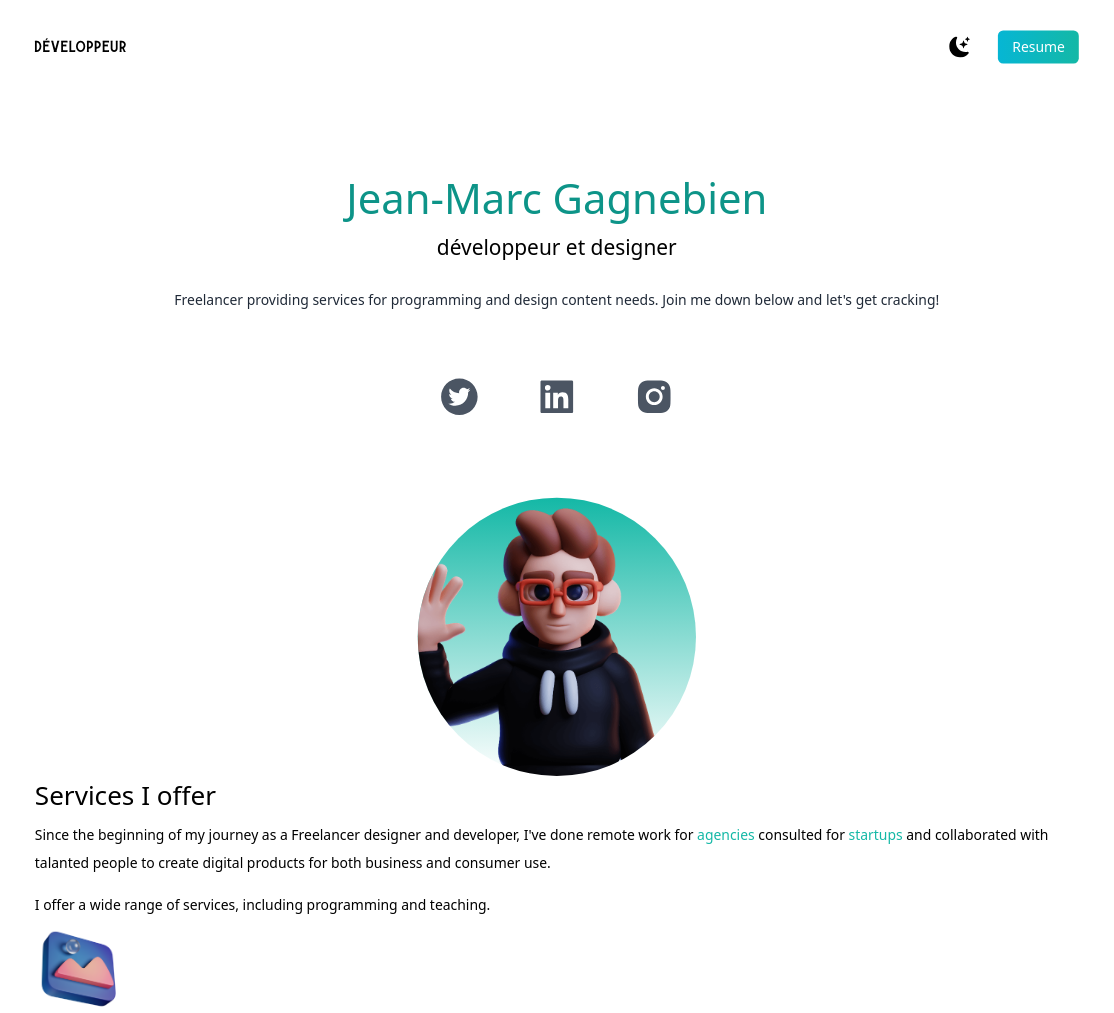
Repository: Jean-MarcG/portfoli_next
Page: /
The author's editor kept a copy of each file at every save. The page is drawn from the files as they stood at one save, then again after the next save.
The browser window is 1280 px wide. The pictures show the whole page, at 87% of full size.
The project was rebuilt for these pictures with package versions that can differ from the ones it lists, and the page was loaded fresh each time. The framework's server and built-in components were replaced by stand-ins that run in the browser. Also part of the build but not shown: next.config.js.

Above is the page before, as saved 2023-04-01 17:55:24.

After the next save:
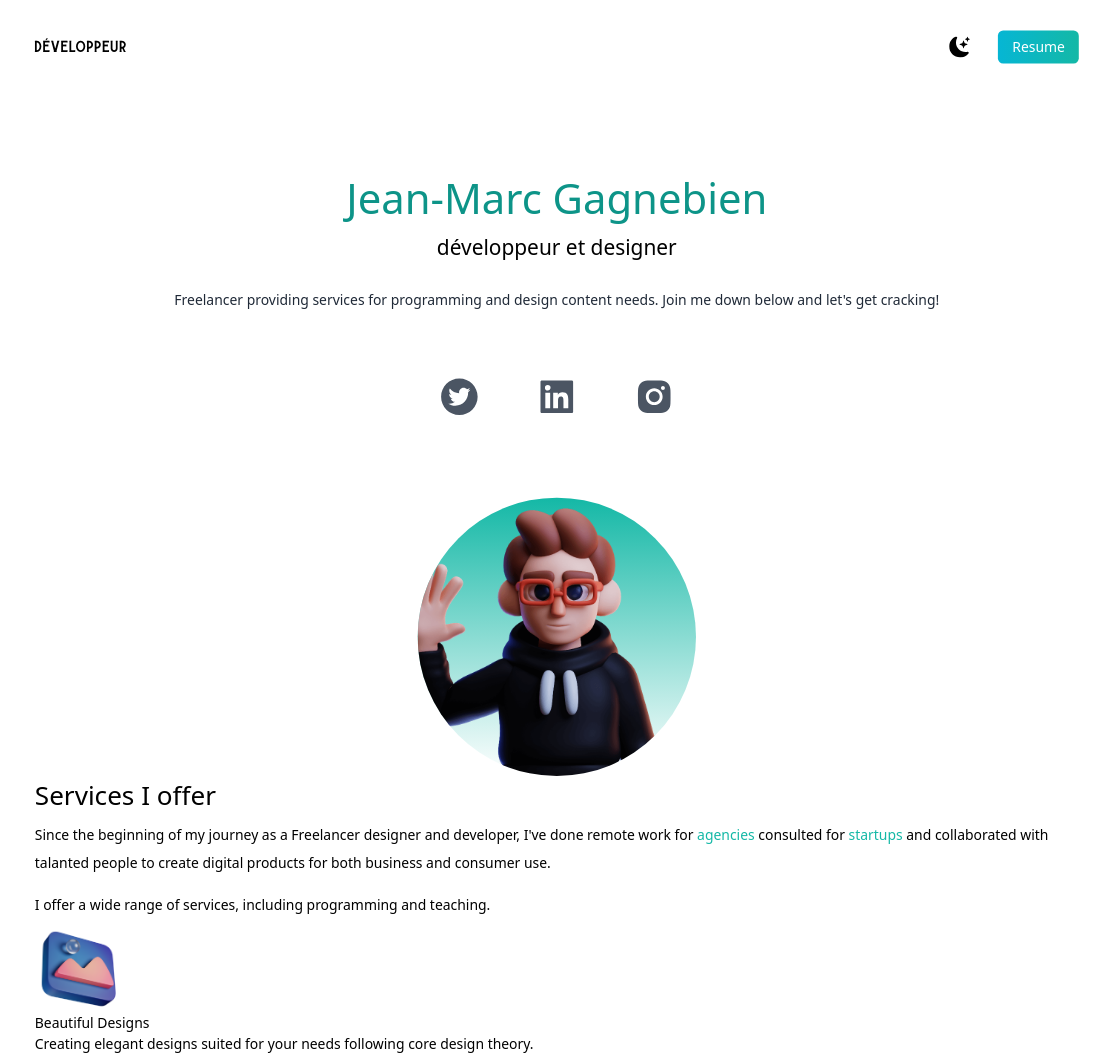
Saved 60 s later.
--- a/pages/index.js
+++ b/pages/index.js
@@ -60,7 +60,10 @@
           <div>
             <div>
               <Image src={design} alt='image design' width={100} height={100} />
-
+              <h3>Beautiful Designs</h3>
+              <p>
+                Creating elegant designs suited for your needs following core design theory.
+              </p>
             </div>
           </div>
         </section>
